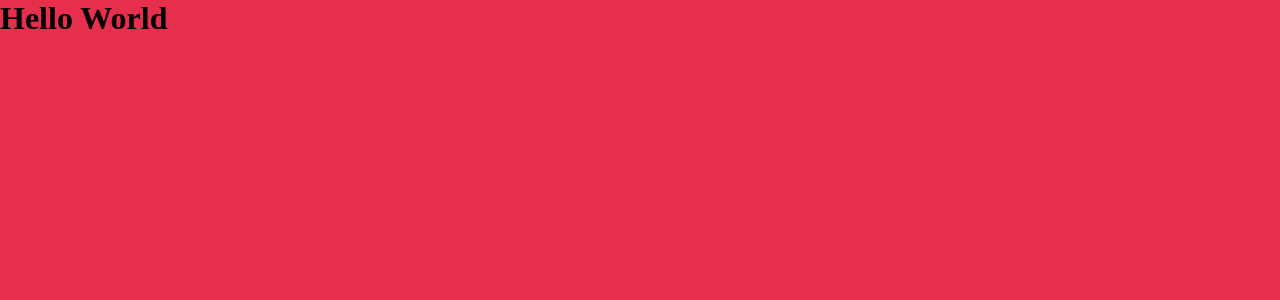
Repository: viniciusfg05/vlmoney
Page: /
An editor plug-in stored every save of this project. The page is shown before and after the next save, followed by the edit.
The browser window is 1280 px wide. The pictures show the whole page.
The project was rebuilt for these pictures with package versions that can differ from the ones it lists, and the page was loaded fresh each time.

Above is the page before, as saved 2022-02-21 12:20:54.

After the next save:
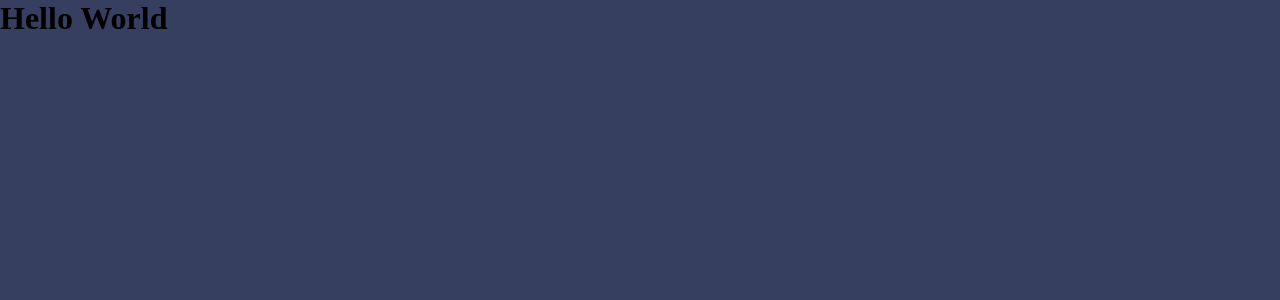
Saved 20 s later.
--- a/src/styles/global.ts
+++ b/src/styles/global.ts
@@ -15,6 +15,7 @@
     margin: 0;
     padding: 0;
     box-sizing: border-box;
+    background-color: #363F5F;
   }
 
   body {

After the save that followed:
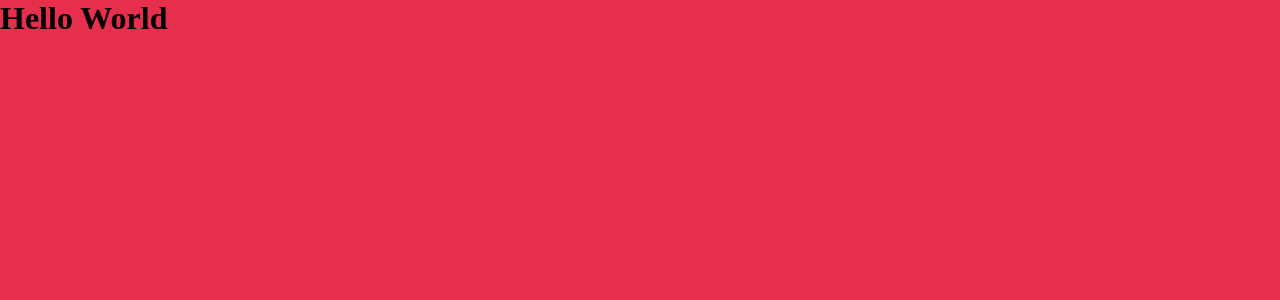
Saved 7 s later.
--- a/src/styles/global.ts
+++ b/src/styles/global.ts
@@ -15,7 +15,6 @@
     margin: 0;
     padding: 0;
     box-sizing: border-box;
-    background-color: #363F5F;
   }
 
   body {
